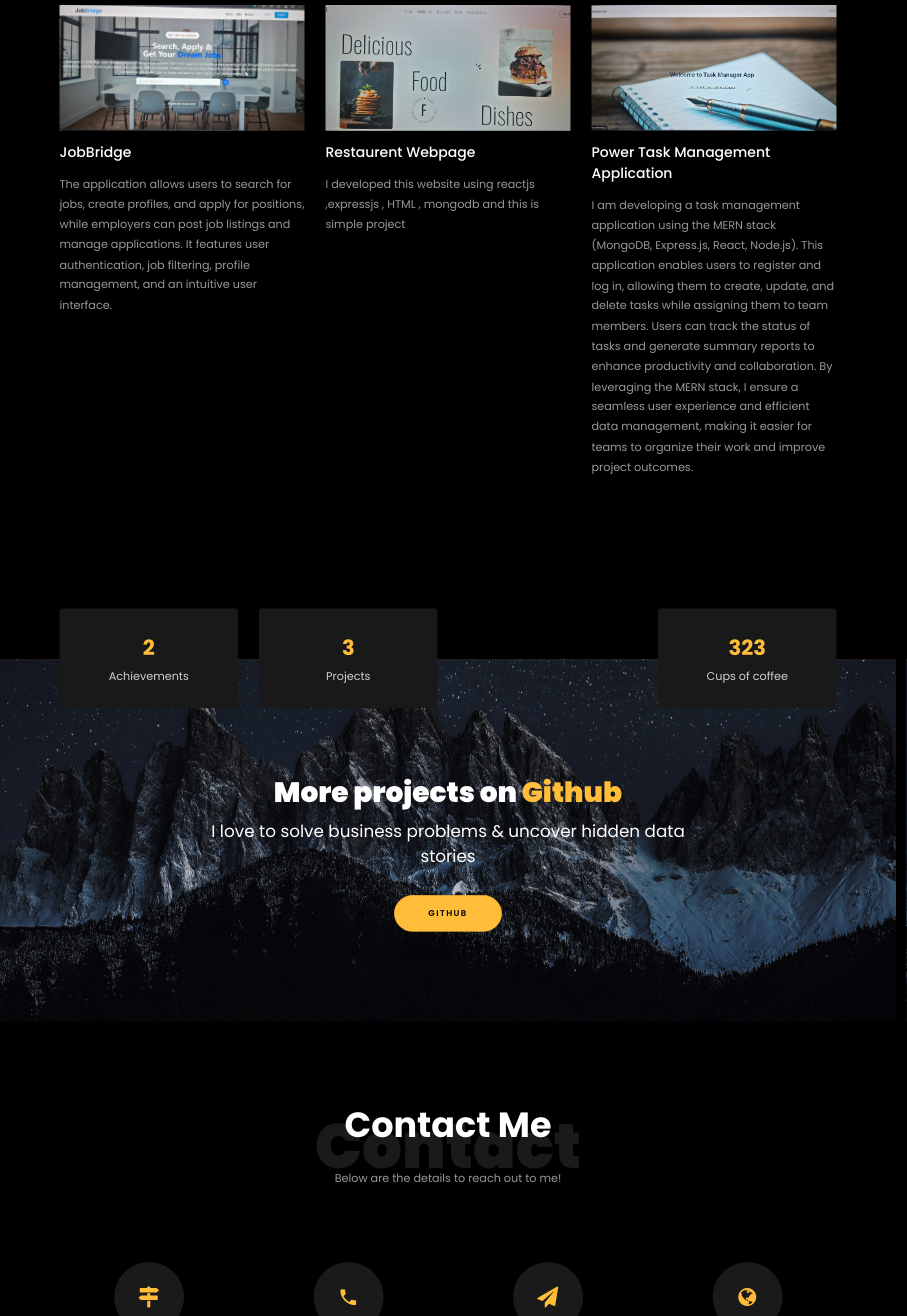
Repository: abp197/portfolio-website
Page: index.html
The author's editor kept a copy of each file at every save. The page is drawn from the files as they stood at one save, then again after the next save.
The browser window is 1280 px wide. The page is 1295 px wide, so the pictures cover 1295 px, including what lies to the right of the window. The pictures show the part of the page from y = 3717 to 5597 px (the page is 6341 px tall), at 70% of full size.

Above is the page before, as saved 2024-10-16 01:12:46.
Console error (its wording comes from the project's code and is left out).

After the next save:
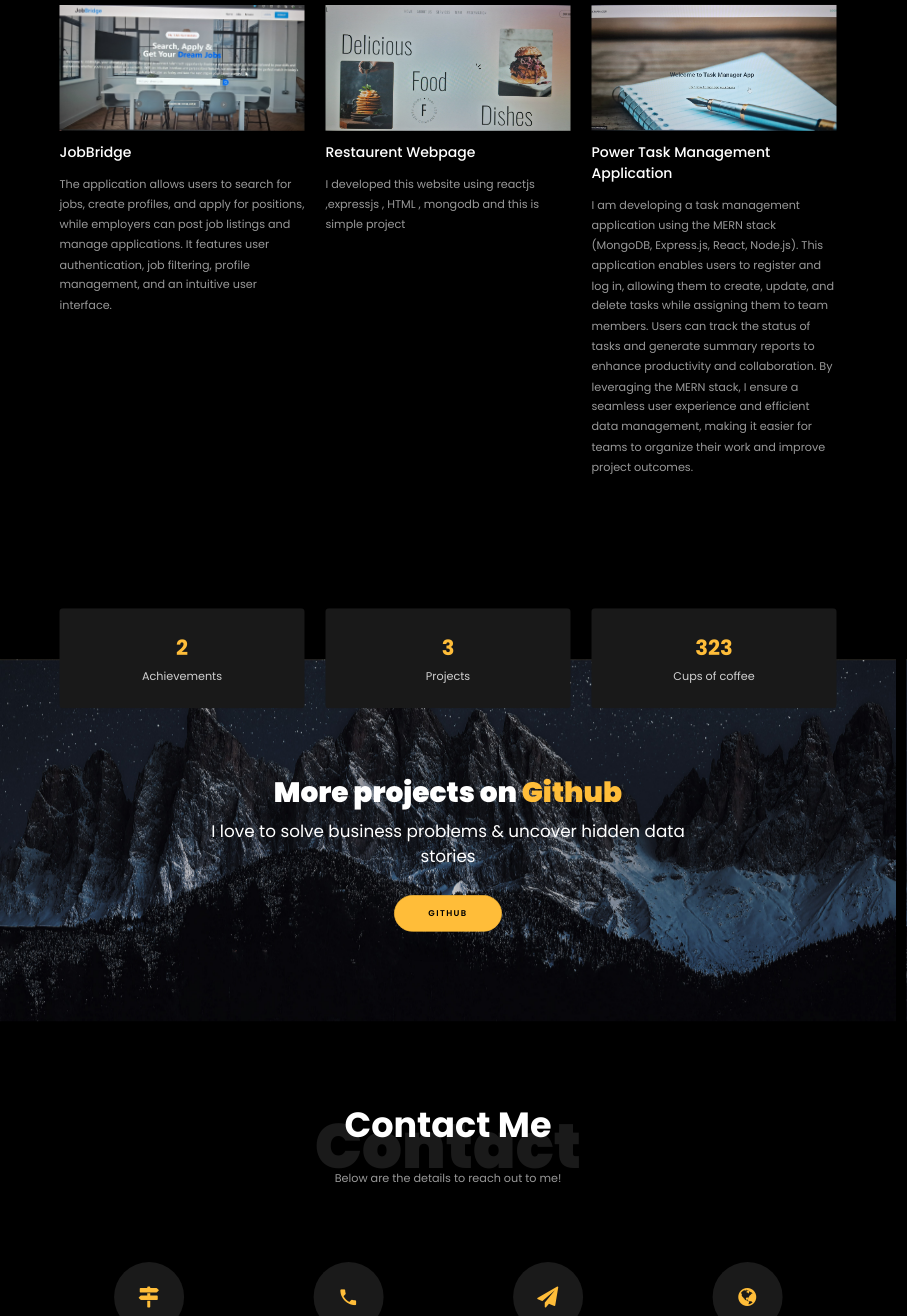
Saved 13 s later.
--- a/index.html
+++ b/index.html
@@ -501,9 +501,7 @@
 						</div>
 					</div>
 				</div>
-				<div class="col-md d-flex justify-content-center counter-wrap ftco-animate">
-
-				</div>
+
 				<div class="col-md d-flex justify-content-center counter-wrap ftco-animate">
 					<div class="block-18">
 						<div class="text">
